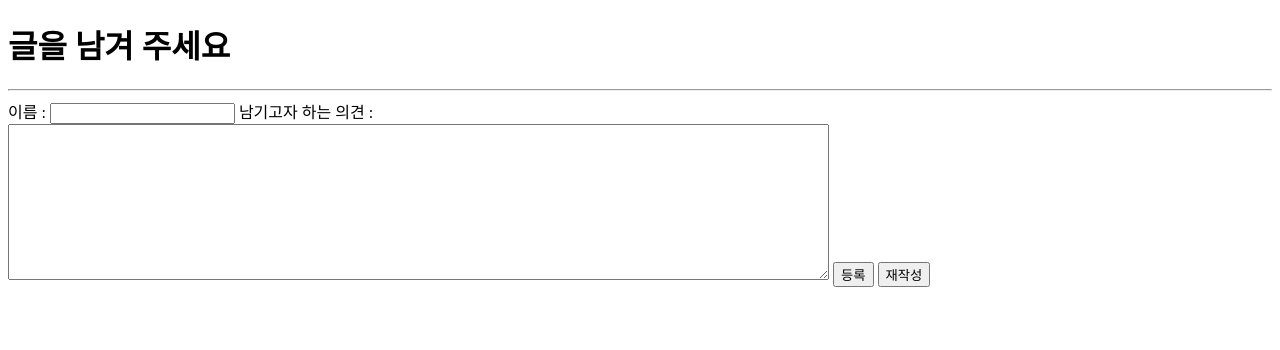
Repository: kdg0109/multicampus_course
Page: web course/workspace_web/edu/WebContent/htmlexam/visitor.html
These files come from the project's save history. The page is drawn as it stood at one moment and after the next save; the edit follows.
The browser window is 1280 px wide. The pictures show the whole page.

Above is the page before, as saved 2018-02-02 07:22:19.

### web course/workspace_web/edu/WebContent/htmlexam/visitor.html
<!DOCTYPE html>
<html>
<head>
<meta charset="UTF-8">
<title>JSP&Servler과제</title>
</head>
<body>
	<h1>글을 남겨 주세요</h1>
	<hr>
	<form method=" get" action="#">
		이름 : <input type="text" name = "name"></input>
		남기고자 하는 의견 : <br><textarea  name="text" rows="10" cols="100"></textarea>
      <input type="submit" name="ok" value="등록">
      <input type="reset" name="clear" value="재작성"><br>
	</form>
</body>
</html>

After the next save:
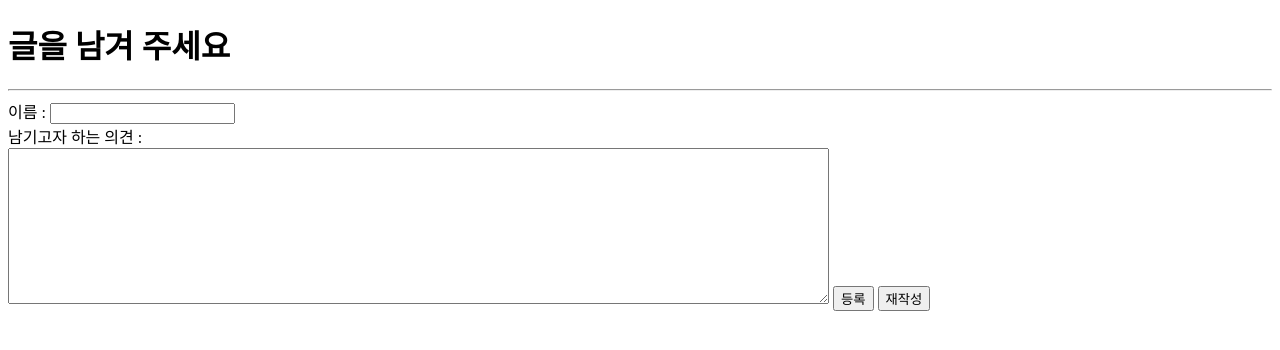
Saved 13 s later.
--- a/web course/workspace_web/edu/WebContent/htmlexam/visitor.html
+++ b/web course/workspace_web/edu/WebContent/htmlexam/visitor.html
@@ -8,7 +8,7 @@
 	<h1>글을 남겨 주세요</h1>
 	<hr>
 	<form method=" get" action="#">
-		이름 : <input type="text" name = "name"></input>
+		이름 : <input type="text" name = "name"></input><br/>
 		남기고자 하는 의견 : <br><textarea  name="text" rows="10" cols="100"></textarea>
       <input type="submit" name="ok" value="등록">
       <input type="reset" name="clear" value="재작성"><br>
